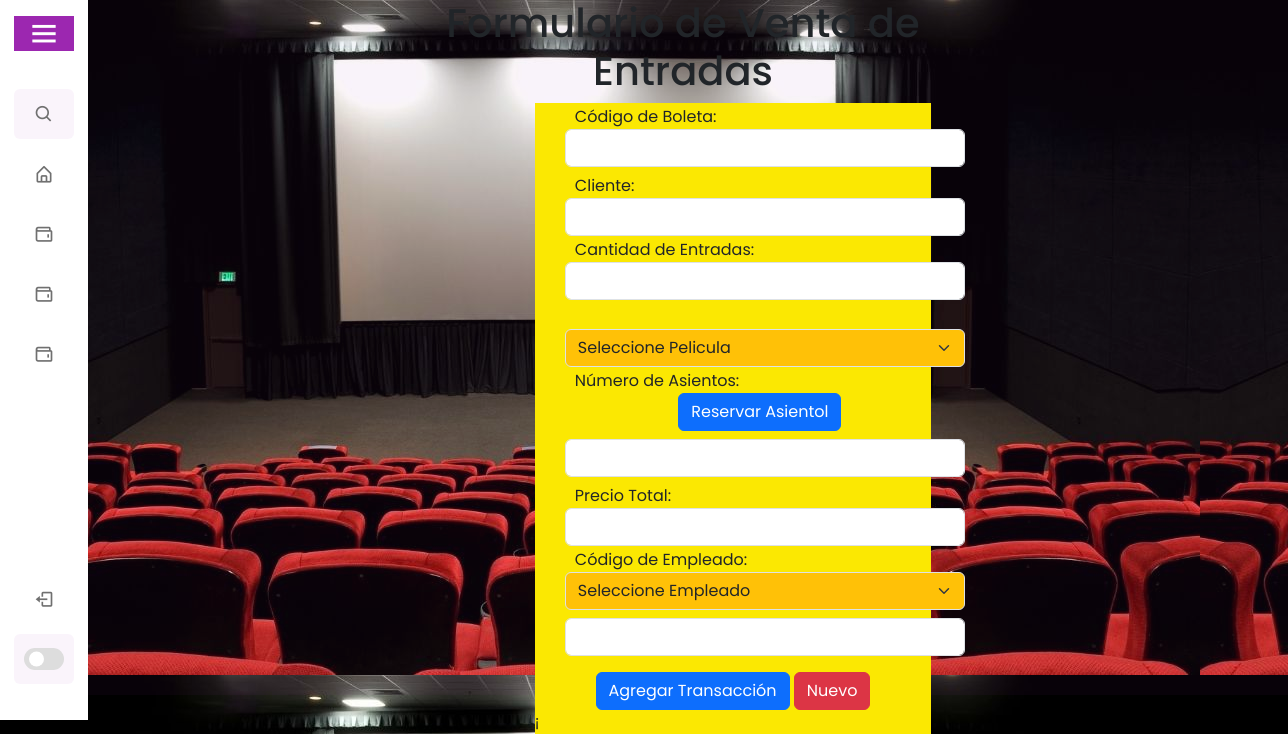
Repository: JersonRLP/ProyectoWebJSP
Page: http://localhost/CineHome/FrmRegistrarBoleta.jsp
An editor plug-in stored every save of this project. The page is shown before and after the next save, followed by the edit.
The browser window is 1280 px wide. The page is 1288 px wide, so the pictures cover 1288 px, including what lies to the right of the window. The pictures show the whole page.
The page is served by Tomcat 9. The template is opened directly, without the code that normally fills it, so the values that code supplies are empty.

Above is the page before, as saved 2024-10-31 16:27:11.

After the next save:
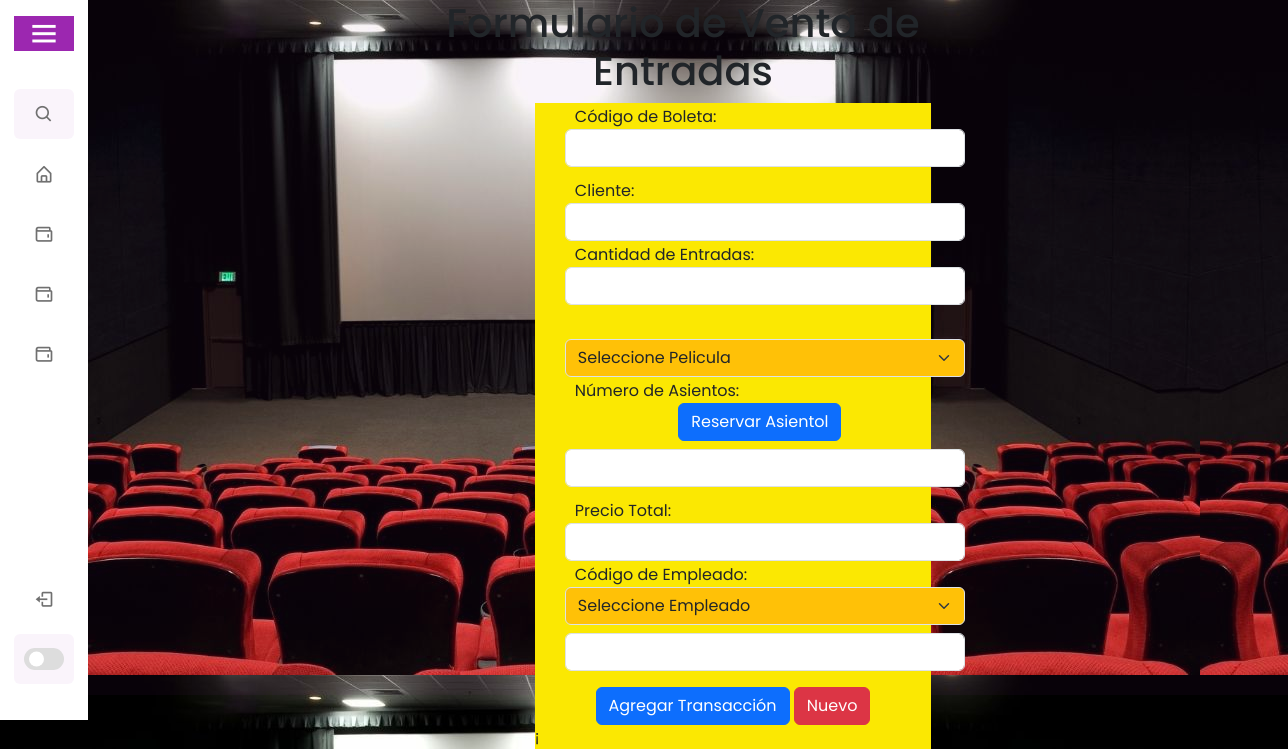
Saved 15 s later.
--- a/CineHome/WebContent/FrmRegistrarBoleta.jsp
+++ b/CineHome/WebContent/FrmRegistrarBoleta.jsp
@@ -115,45 +115,6 @@
     </div>
 </div>
 <style>
-.custom-modal {
-    background-image: url('imagenes/fondocine.jpg');
-    display: flex;
-    align-items: center;
-    justify-content: center;
-    flex-direction: column;
-    height: 100vh;
-}
-
-.custom-seat-info {
-    margin-top: 20px;
-    color: white;
-}
-
-.custom-reserve-button {
-    margin-top: 20px;
-    padding: 10px;
-    font-size: 16px;
-    cursor: pointer;
-}
-.seat {
-    width: 40px; /* Ajusta el ancho según sea necesario */
-    height: 40px; /* Ajusta la altura según sea necesario */
-    background-color: #bdc3c7;
-    cursor: pointer;
-    border-radius: 5px;
-    margin: 5px; /* Agregamos un pequeño margen entre los asientos para mejorar la apariencia */
-    display: flex;
-    align-items: center;
-    justify-content: center;
-    font-size: 12px; /* Ajusta el tamaño de la letra según sea necesario */
-    font-weight: bold;
-    transition: background-color 0.3s ease;
-}
-
-.row {
-    display: flex;
-    gap: 5px; /* Reducimos el espacio entre los asientos para mejorar la apariencia */
-}
 
 </style>
 

After the 4 saves that followed:
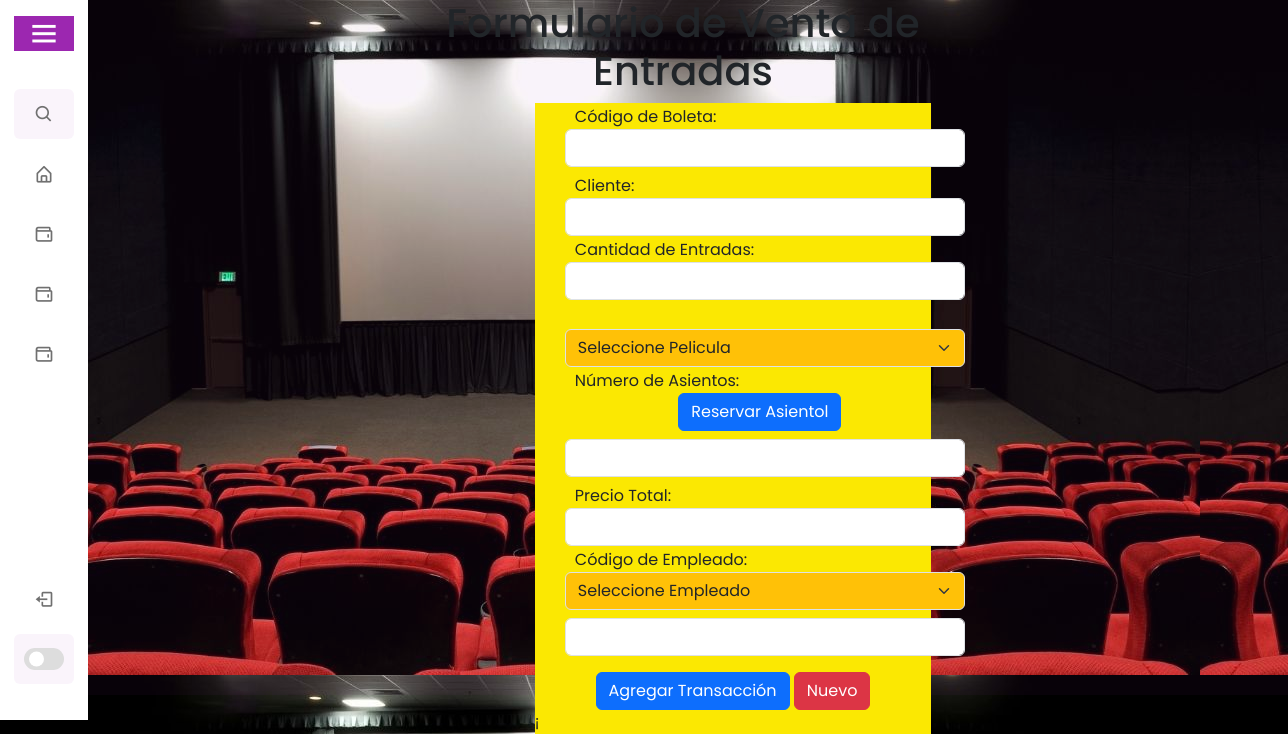
The 4 saves are shown as one change because 2 left the picture as it was and some came seconds apart.
The last was saved 108 s later.
--- a/CineHome/WebContent/FrmRegistrarBoleta.jsp
+++ b/CineHome/WebContent/FrmRegistrarBoleta.jsp
@@ -115,6 +115,45 @@
     </div>
 </div>
 <style>
+.custom-modal {
+    background-image: url('imagenes/fondocine.jpg');
+    display: flex;
+    align-items: center;
+    justify-content: center;
+    flex-direction: column;
+    height: 100vh;
+}
+
+.custom-seat-info {
+    margin-top: 20px;
+    color: white;
+}
+
+.custom-reserve-button {
+    margin-top: 20px;
+    padding: 10px;
+    font-size: 16px;
+    cursor: pointer;
+}
+.seat {
+    width: 40px; /* Ajusta el ancho según sea necesario */
+    height: 40px; /* Ajusta la altura según sea necesario */
+    background-color: #bdc3c7;
+    cursor: pointer;
+    border-radius: 5px;
+    margin: 5px; /* Agregamos un pequeño margen entre los asientos para mejorar la apariencia */
+    display: flex;
+    align-items: center;
+    justify-content: center;
+    font-size: 12px; /* Ajusta el tamaño de la letra según sea necesario */
+    font-weight: bold;
+    transition: background-color 0.3s ease;
+}
+
+.row {
+    display: flex;
+    gap: 5px; /* Reducimos el espacio entre los asientos para mejorar la apariencia */
+}
 
 </style>
 
